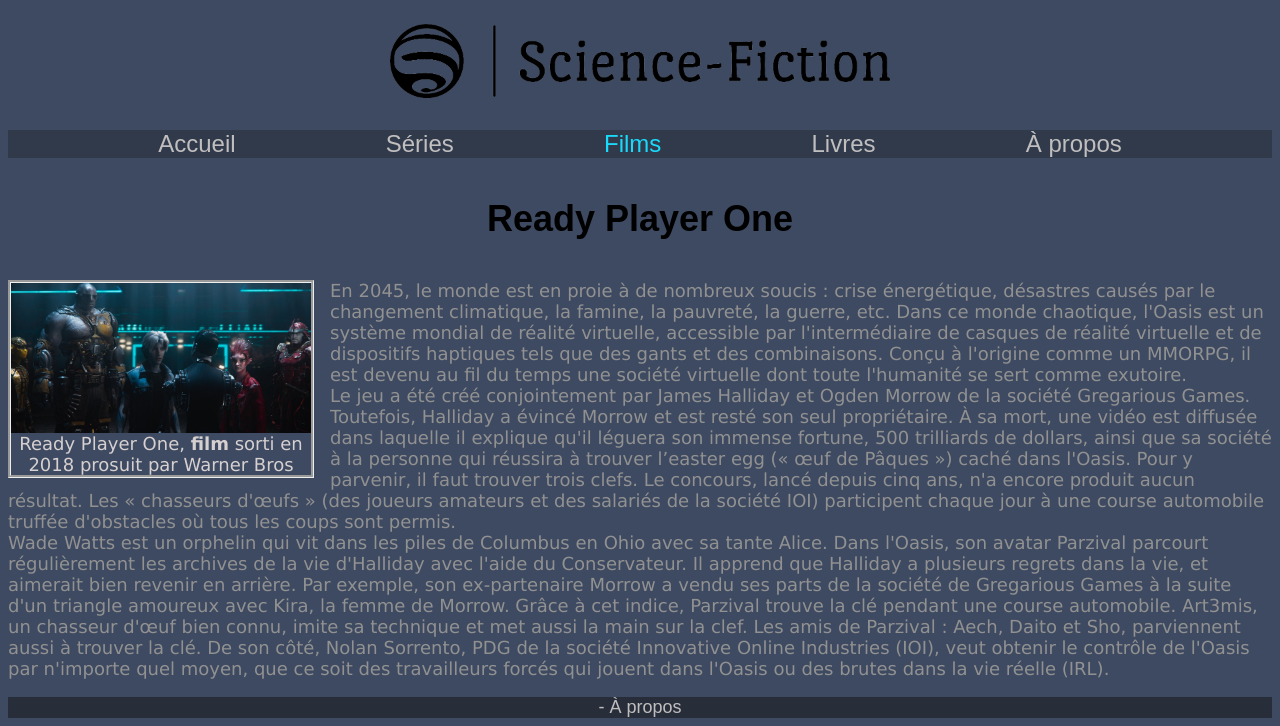
Repository: Emalios/Projet-Web
Page: html/films/ready-player-one.html
An editor plug-in stored every save of this project. The page is shown before and after a run of saves, followed by the edit.
The browser window is 1280 px wide. The pictures show the whole page.

Above is the page before, as saved 2020-11-11 20:51:30.

After the next 2 saves:
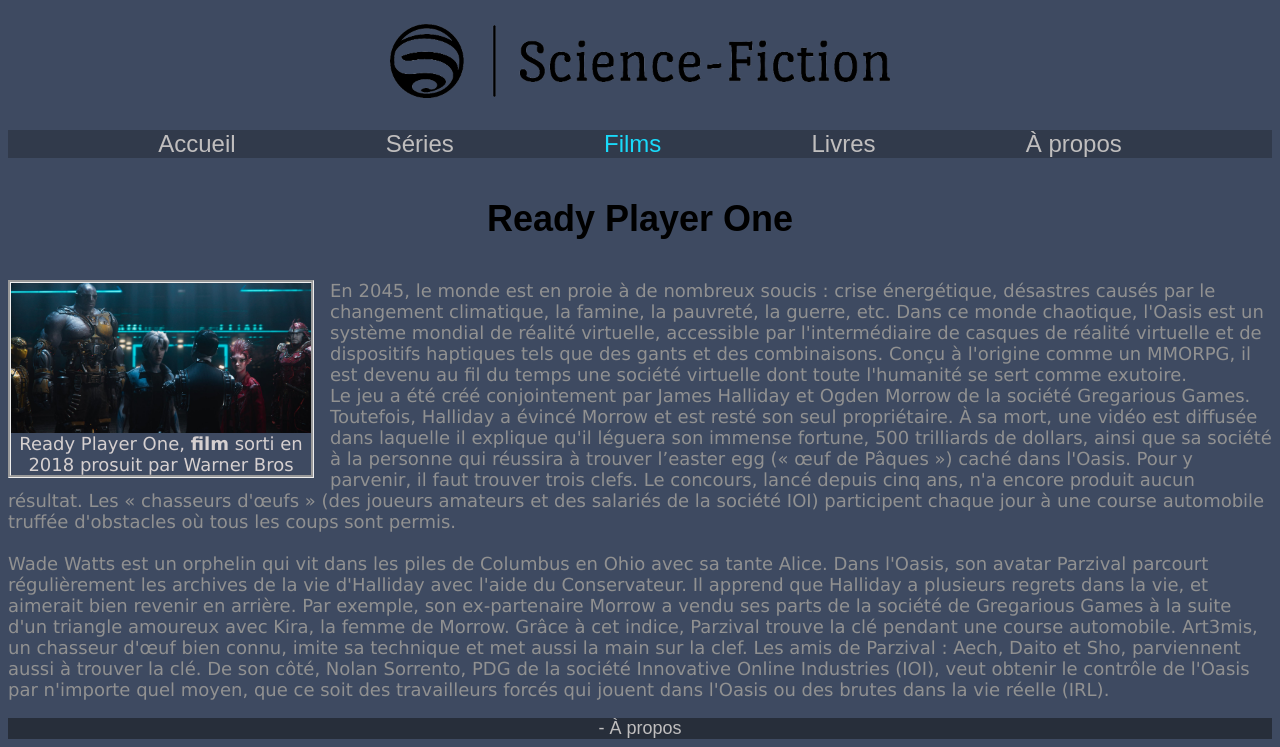
The 2 saves are shown as one change because they came seconds apart.
The last was saved 31 s later.
--- a/html/films/ready-player-one.html
+++ b/html/films/ready-player-one.html
@@ -15,11 +15,11 @@
     <img id="logo" src="../../images/logo_large.png" alt="logo de Science-fiction">
 
     <nav class="navbar">
-      <a href="../../index.html" class="nav-link">Accueil</a></li>
-      <a href="../series.html" class="nav-link">Séries</a></li>
-      <a href="../films.html" id="active" class="nav-link">Films</a></li>
-      <a href="../livres.html" class="nav-link">Livres</a></li>
-      <a href="../a-propos.html" class="nav-link">À propos</a></li>
+      <a href="../../index.html" class="nav-link">Accueil</a>
+      <a href="../series.html" class="nav-link">Séries</a>
+      <a href="../films.html" id="active" class="nav-link">Films</a>
+      <a href="../livres.html" class="nav-link">Livres</a>
+      <a href="../a-propos.html" class="nav-link">À propos</a>
     </nav>
   </header>
   <h1 id="title">Ready Player One</h1>
@@ -28,22 +28,23 @@
     <figcaption class="description">Ready Player One, <b>film</b> sorti en 2018 prosuit par Warner Bros</figcaption>
   </figure>
   <main>
-  <p class="resume">
-    En 2045, le monde est en proie à de nombreux soucis : crise énergétique, désastres causés par le changement climatique, la famine, la pauvreté, la guerre, etc. Dans ce monde chaotique, l'Oasis est un système mondial de réalité virtuelle,
-    accessible par l'intermédiaire de casques de réalité virtuelle et de dispositifs haptiques tels que des gants et des combinaisons. Conçu à l'origine comme un MMORPG, il est devenu au fil du temps une société virtuelle dont toute l'humanité se
-    sert comme exutoire.</br>
+    <p class="resume">
+      En 2045, le monde est en proie à de nombreux soucis : crise énergétique, désastres causés par le changement climatique, la famine, la pauvreté, la guerre, etc. Dans ce monde chaotique, l'Oasis est un système mondial de réalité virtuelle,
+      accessible par l'intermédiaire de casques de réalité virtuelle et de dispositifs haptiques tels que des gants et des combinaisons. Conçu à l'origine comme un MMORPG, il est devenu au fil du temps une société virtuelle dont toute l'humanité se
+      sert comme exutoire.<br>
 
-    Le jeu a été créé conjointement par James Halliday et Ogden Morrow de la société Gregarious Games. Toutefois, Halliday a évincé Morrow et est resté son seul propriétaire. À sa mort, une vidéo est diffusée dans laquelle il explique qu'il léguera
-    son immense fortune, 500 trilliards de dollars, ainsi que sa société à la personne qui réussira à trouver l’easter egg (« œuf de Pâques ») caché dans l'Oasis. Pour y parvenir, il faut trouver trois clefs. Le concours, lancé depuis cinq ans, n'a
-    encore produit aucun résultat. Les « chasseurs d'œufs » (des joueurs amateurs et des salariés de la société IOI) participent chaque jour à une course automobile truffée d'obstacles où tous les coups sont permis.</br>
+      Le jeu a été créé conjointement par James Halliday et Ogden Morrow de la société Gregarious Games. Toutefois, Halliday a évincé Morrow et est resté son seul propriétaire. À sa mort, une vidéo est diffusée dans laquelle il explique qu'il léguera
+      son immense fortune, 500 trilliards de dollars, ainsi que sa société à la personne qui réussira à trouver l’easter egg (« œuf de Pâques ») caché dans l'Oasis. Pour y parvenir, il faut trouver trois clefs. Le concours, lancé depuis cinq ans, n'a
+      encore produit aucun résultat. Les « chasseurs d'œufs » (des joueurs amateurs et des salariés de la société IOI) participent chaque jour à une course automobile truffée d'obstacles où tous les coups sont permis.</br></br>
 
-    Wade Watts est un orphelin qui vit dans les piles de Columbus en Ohio avec sa tante Alice. Dans l'Oasis, son avatar Parzival parcourt régulièrement les archives de la vie d'Halliday avec l'aide du Conservateur. Il apprend que Halliday a plusieurs
-    regrets dans la vie, et aimerait bien revenir en arrière. Par exemple, son ex-partenaire Morrow a vendu ses parts de la société de Gregarious Games à la suite d'un triangle amoureux avec Kira, la femme de Morrow. Grâce à cet indice, Parzival
-    trouve la clé pendant une course automobile. Art3mis, un chasseur d'œuf bien connu, imite sa technique et met aussi la main sur la clef. Les amis de Parzival : Aech, Daito et Sho, parviennent aussi à trouver la clé. De son côté, Nolan Sorrento,
-    PDG de la société Innovative Online Industries (IOI), veut obtenir le contrôle de l'Oasis par n'importe quel moyen, que ce soit des travailleurs forcés qui jouent dans l'Oasis ou des brutes dans la vie réelle (IRL).
-  </p>
+      Wade Watts est un orphelin qui vit dans les piles de Columbus en Ohio avec sa tante Alice. Dans l'Oasis, son avatar Parzival parcourt régulièrement les archives de la vie d'Halliday avec l'aide du Conservateur. Il apprend que Halliday a
+      plusieurs
+      regrets dans la vie, et aimerait bien revenir en arrière. Par exemple, son ex-partenaire Morrow a vendu ses parts de la société de Gregarious Games à la suite d'un triangle amoureux avec Kira, la femme de Morrow. Grâce à cet indice, Parzival
+      trouve la clé pendant une course automobile. Art3mis, un chasseur d'œuf bien connu, imite sa technique et met aussi la main sur la clef. Les amis de Parzival : Aech, Daito et Sho, parviennent aussi à trouver la clé. De son côté, Nolan Sorrento,
+      PDG de la société Innovative Online Industries (IOI), veut obtenir le contrôle de l'Oasis par n'importe quel moyen, que ce soit des travailleurs forcés qui jouent dans l'Oasis ou des brutes dans la vie réelle (IRL).
+    </p>
 
-  <footer><a href="../a-propos.html" class="footer-link">- À propos</a></footer>
+    <footer><a href="../a-propos.html" class="footer-link">- À propos</a></footer>
   </main>
 </body>
 

After the save that followed:
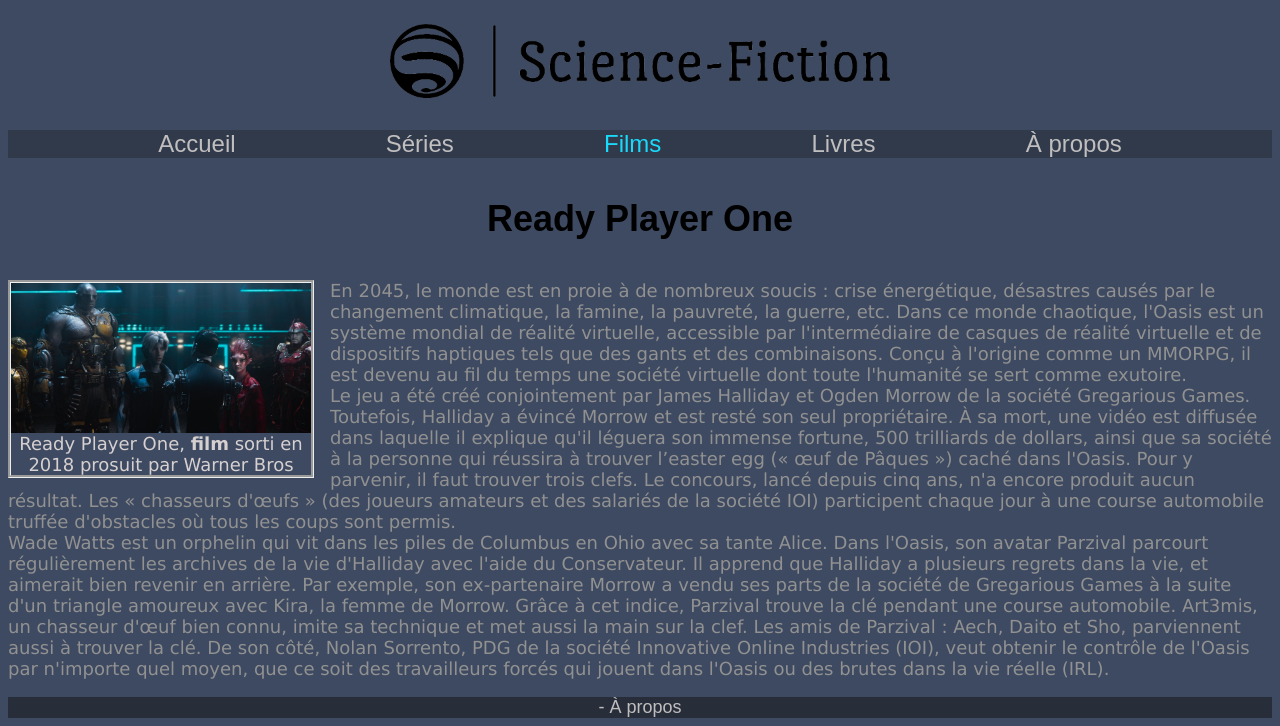
Saved 4 s later.
--- a/html/films/ready-player-one.html
+++ b/html/films/ready-player-one.html
@@ -35,7 +35,7 @@
 
       Le jeu a été créé conjointement par James Halliday et Ogden Morrow de la société Gregarious Games. Toutefois, Halliday a évincé Morrow et est resté son seul propriétaire. À sa mort, une vidéo est diffusée dans laquelle il explique qu'il léguera
       son immense fortune, 500 trilliards de dollars, ainsi que sa société à la personne qui réussira à trouver l’easter egg (« œuf de Pâques ») caché dans l'Oasis. Pour y parvenir, il faut trouver trois clefs. Le concours, lancé depuis cinq ans, n'a
-      encore produit aucun résultat. Les « chasseurs d'œufs » (des joueurs amateurs et des salariés de la société IOI) participent chaque jour à une course automobile truffée d'obstacles où tous les coups sont permis.</br></br>
+      encore produit aucun résultat. Les « chasseurs d'œufs » (des joueurs amateurs et des salariés de la société IOI) participent chaque jour à une course automobile truffée d'obstacles où tous les coups sont permis.<br>
 
       Wade Watts est un orphelin qui vit dans les piles de Columbus en Ohio avec sa tante Alice. Dans l'Oasis, son avatar Parzival parcourt régulièrement les archives de la vie d'Halliday avec l'aide du Conservateur. Il apprend que Halliday a
       plusieurs
